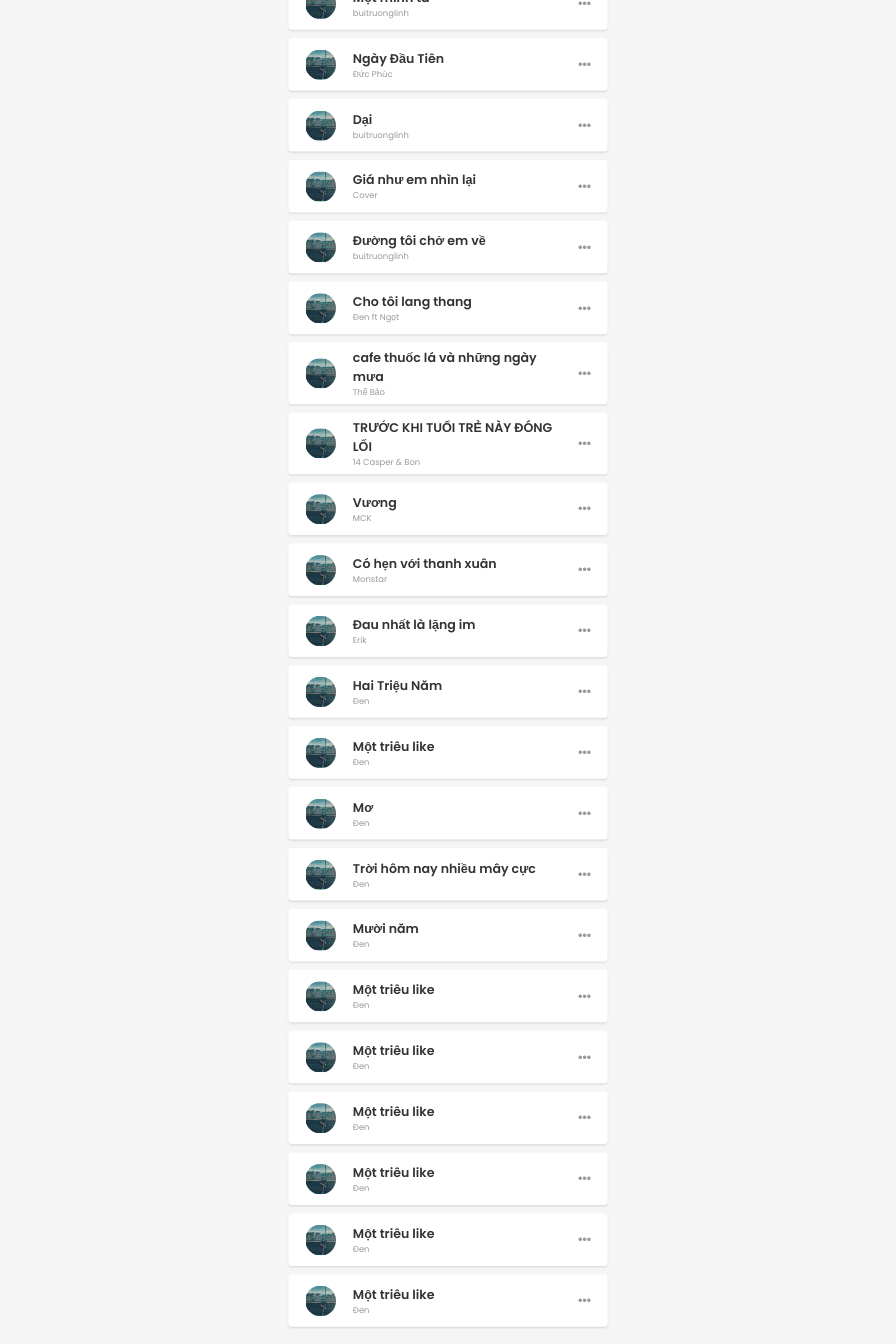
Repository: lt-chinh098406/BIn-Music
Page: index.html
An editor plug-in stored every save of this project. The page is shown before and after the next save, followed by the edit.
The browser window is 1280 px wide. The pictures show the part of the page from y = 1148 to 3068 px (the page is 3068 px tall), at 70% of full size.

Above is the page before, as saved 2022-03-20 13:51:08.

### index.html
<!DOCTYPE html>
<html lang="en">
  <head>
    <meta charset="UTF-8" />
    <meta http-equiv="X-UA-Compatible" content="IE=edge" />
    <meta name="viewport" content="width=device-width, initial-scale=1.0" />
    <title>Music player</title>
    <link
      rel="stylesheet"
      href="https://cdnjs.cloudflare.com/ajax/libs/font-awesome/5.15.2/css/all.min.css"
      integrity="sha512-HK5fgLBL+xu6dm/Ii3z4xhlSUyZgTT9tuc/hSrtw6uzJOvgRr2a9jyxxT1ely+B+xFAmJKVSTbpM/CuL7qxO8w=="
      crossorigin="anonymous"
    />
    <link rel="preconnect" href="https://fonts.gstatic.com" />
    <link
      href="https://fonts.googleapis.com/css2?family=Poppins:wght@300;400;600&display=swap"
      rel="stylesheet"
    />
    <link rel="stylesheet" href="./assets/main.css" />
  </head>
  <body>
    <body>
      <div class="player">
        <!-- Dashboard -->
        <div class="dashboard">
          <!-- Header -->
          <header>
            <h4>Now playing:</h4>
            <h2>String 57th & 9th</h2>
          </header>

          <!-- CD -->
          <div class="cd">
            <div class="cd-thumb"></div>
          </div>

          <!-- Control -->
          <div class="control">
            <div class="btn btn-repeat">
              <i class="fas fa-redo"></i>
            </div>
            <div class="btn btn-prev">
              <i class="fas fa-step-backward"></i>
            </div>
            <div class="btn btn-toggle-play">
              <i class="fas fa-pause icon-pause"></i>
              <i class="fas fa-play icon-play"></i>
            </div>
            <div class="btn btn-next">
              <i class="fas fa-step-forward"></i>
            </div>
            <div class="btn btn-random">
              <i class="fas fa-random"></i>
            </div>
          </div>

          <input
            id="progress"
            class="progress"
            type="range"
            value="0"
            step="1"
            min="0"
            max="100"
          />

          <audio id="audio" src=""></audio>
        </div>

        <!-- Playlist -->
        <div class="playlist"></div>
      </div>

      <script src="./main.js"></script>
    </body>
  </body>
</html>

### assets/main.css
:root {
  --primary-color: #ec1f55;
  --text-color: #333;
}

* {
  padding: 0;
  margin: 0;
  box-sizing: inherit;
}

body {
  background-color: #f5f5f5;
}

html {
  box-sizing: border-box;
  font-family: "Poppins", sans-serif;
}

.player {
  position: relative;
  max-width: 480px;
  margin: 0 auto;
}

.player .icon-pause {
  display: none;
}

.player.playing .icon-pause {
  display: inline-block;
}

.player.playing .icon-play {
  display: none;
}

.dashboard {
  padding: 16px 16px 14px;
  background-color: #fff;
  position: fixed;
  top: 0;
  width: 100%;
  max-width: 480px;
  border-bottom: 1px solid #ebebeb;
}

/* HEADER */
header {
  text-align: center;
  margin-bottom: 10px;
}

header h4 {
  color: var(--primary-color);
  font-size: 12px;
}

header h2 {
  font-size: 20px;
  background-image: linear-gradient(to right, #f47999, #a5163b);
  color: transparent;
  -webkit-background-clip: text;
}

/* CD */
.cd {
  display: flex;
  margin: auto;
  width: 200px;
}

.cd-thumb {
  width: 100%;
  padding-top: 100%;
  border-radius: 50%;
  background-color: #333;
  background-size: cover;
  margin: auto;
}

/* CONTROL */
.control {
  display: flex;
  align-items: center;
  justify-content: space-around;
  padding: 18px 0 8px 0;
}

.control .btn {
  color: #666;
  padding: 18px;
  font-size: 18px;
  cursor: pointer;
}

.control .btn.active {
  color: var(--primary-color);
}

.control .btn-toggle-play {
  width: 56px;
  height: 56px;
  border-radius: 50%;
  font-size: 24px;
  color: #fff;
  display: flex;
  align-items: center;
  justify-content: center;
  background-color: var(--primary-color);
}

.progress {
  width: 100%;
  -webkit-appearance: none;
  height: 6px;
  background: #d3d3d3;
  outline: none;
  opacity: 0.7;
  -webkit-transition: 0.2s;
  transition: opacity 0.2s;
  cursor: pointer;
}

.progress::-webkit-slider-thumb {
  -webkit-appearance: none;
  appearance: none;
  background-color: var(--primary-color);
  cursor: pointer;
  height: 16px;
  width: 16px;
  border-radius: 100%;
  border: none;
  outline: none;
  z-index: 9;
  position: relative;
}

/* PLAYLIST */
.playlist {
  margin-top: 408px;
  padding: 12px;
}

.song {
  display: flex;
  align-items: center;
  margin-bottom: 12px;
  background-color: #fff;
  padding: 8px 16px;
  border-radius: 5px;
  box-shadow: 0 2px 3px rgba(0, 0, 0, 0.1);
  cursor: pointer;
}

.song.active {
  background-color: var(--primary-color);
}

.song:active {
  opacity: 0.8;
}

.song.active .option,
.song.active .author,
.song.active .title {
  color: #fff;
}

.song .thumb {
  width: 44px;
  height: 44px;
  border-radius: 50%;
  background-size: cover;
  margin: 0 8px;
}

.song .body {
  flex: 1;
  padding: 0 16px;
}

.song .title {
  font-size: 18px;
  color: var(--text-color);
}

.song .author {
  font-size: 12px;
  color: #999;
}

.song .option {
  padding: 16px 8px;
  color: #999;
  font-size: 18px;
}

### main.js
const $ = document.querySelector.bind(document);
const $$ = document.querySelectorAll.bind(document);

const player = $(".player");
const heading = $("header h2");
const cdThumb = $(".cd-thumb");
const audio = $("#audio");
const cd = $(".cd");
const playBtn = $(".btn-toggle-play");
const progress = $("#progress");
const nextBtn = $(".btn-next");
const prevBtn = $(".btn-prev");
const randomBtn = $(".btn-random");
const repeatBtn = $(".btn-repeat");
const playlist = $(".playlist");

const app = {
  currentIndex: 0,
  isPlaying: false,

  songs: [
    {
      name: "Yêu em qua từng dòng tin nhắn",
      singer: "Nger ft. nân",
      path: "./assets/music/Yêu em qua dòng tin nhắn(iêu iem qua dòng tin nhắn) - Ngơ ft. Nân [Lyrics Video].mp3",
      image: "./assets/img/1.jpg",
    },
    {
      name: "ÔNG TRỜI LÀM TỘI ANH CHƯA",
      singer: "MINH HANH x RASTZ x QNT ft. TUẤN CRY",
      path: "./assets/music/ÔNG TRỜI LÀM TỘI ANH CHƯA - MINH HANH x RASTZ x QNT ft. TUẤN CRY.mp3",
      image: "./assets/img/3.jpg",
    },
    {
      name: "'bao tiền một mớ bình yên?'",
      singer: "14 Casper & Bon",
      path: "./assets/music/'bao tiền một mớ bình yên-' - 14 Casper & Bon (Official).mp3",
      image: "./assets/img/5.jpg",
    },
    {
      name: "Chìm Sâu",
      singer: "MCK ft Trung Trần",
      path: "./assets/music/Chìm Sâu - RPT MCK (feat. Trung Trần) - Official Lyrics Video.mp3",
      image: "./assets/img/5.jpg",
    },
    {
      name: "Dịu Dàng Em Đến",
      singer: "Erik",
      path: "./assets/music/Dịu Dàng Em Đến - ERIK x Ryan「Lo - Fi Version by 1 9 6 7」- Official Music Video.mp3",
      image: "./assets/img/5.jpg",
    },
    {
      name: "Dù Cho Mai Về Sau",
      singer: "buitruonglinh",
      path: "./assets/music/Dù Cho Mai Về Sau (Acoustic Version) - buitruonglinh.mp3",
      image: "./assets/img/5.jpg",
    },
    {
      name: "Không Tên",
      singer: "MCK",
      path: "./assets/music/Không Tên -- MCK a.k.a Nger -- Official Lyrics Video.mp3",
      image: "./assets/img/5.jpg",
    },
    {
      name: "Mình Anh Nơi Này",
      singer: "Rum, Nit",
      path: "./assets/music/Mình Anh Nơi Này (Lofi Ver.) - Nit x Sing x Freak D.mp3",
      image: "./assets/img/5.jpg",
    },
    {
      name: "Một mình ta",
      singer: "buitruonglinh",
      path: "./assets/music/Một Mình Ta - buitruonglinh - Lyrics Video -.mp3",
      image: "./assets/img/5.jpg",
    },
    {
      name: "Ngày Đầu Tiên",
      singer: "Đức Phúc",
      path: "./assets/music/Ngày Đầu Tiên (Lofi Ver.) - Đức Phúc x Freak D.mp3",
      image: "./assets/img/5.jpg",
    },
    {
      name: "Dại",
      singer: "buitruonglinh",
      path: "./assets/music/Dại- buitruonglinh ft Tuyên (Lyrics).mp3",
      image: "./assets/img/5.jpg",
    },
    {
      name: "Giá như em nhìn lại",
      singer: "Cover",
      path: "./assets/music/GIÁ NHƯ EM NHÌN LẠI - JSOL x VIRUSS - Cover- Chương Chu.mp3",
      image: "./assets/img/5.jpg",
    },
    {
      name: "Đường tôi chở em về",
      singer: "buitruonglinh",
      path: "./assets/music/LIVE OUTDOOR - buitruonglinh live - Đường Tôi Chở Em Về - #4.mp3",
      image: "./assets/img/5.jpg",
    },
    {
      name: "Cho tôi lang thang",
      singer: "Đen ft Ngọt",
      path: "./assets/music/Ngọt vc. Đen - Cho Tôi Lang Thang.mp3",
      image: "./assets/img/5.jpg",
    },
    {
      name: "cafe thuốc lá và những ngày mưa",
      singer: "Thế Bảo",
      path: "./assets/music/Thế Bảo - Cafe, Thuốc Lá & Những Ngày Vui (Official Lyric Video).mp3",
      image: "./assets/img/5.jpg",
    },
    {
      name: "TRƯỚC KHI TUỔI TRẺ NÀY ĐÓNG LỐI",
      singer: "14 Casper & Bon",
      path: "./assets/music/TRƯỚC KHI TUỔI TRẺ NÀY ĐÓNG LỐI - Ngắn x Xám x Dick - -Đà Lạt- Ep3 ( Directed by Nguyễn Nhật Trung ).mp3",
      image: "./assets/img/5.jpg",
    },
    {
      name: "Vương",
      singer: "MCK",
      path: "./assets/music/Và nếu nắng gió có cuốn em đi, như là lời hứa... - Vương - MCK a.k.a Nger「 Lyric video 」.mp3",
      image: "./assets/img/5.jpg",
    },
    {
      name: "Có hẹn với thanh xuân",
      singer: "Monstar",
      path: "./assets/music/Có Hẹn Với Thanh Xuân - Monstar x Ryan「Lo - Fi Ver. by 1 9 6 7」- Audio Lyrics.mp3",
      image: "./assets/img/5.jpg",
    },
    {
      name: "Đau nhất là lặng im",
      singer: "Erik",
      path: "./assets/music/Đau Nhất Là Lặng Im - Erik x Zeaplee「Lofi Version by 1 9 6 7」- Audio Lyrics Video.mp3",
      image: "./assets/img/5.jpg",
    },
    {
      name: "Hai Triệu Năm",
      singer: "Đen",
      path: "./assets/music/Đen - hai triệu năm ft. Biên (m-v).mp3",
      image: "./assets/img/5.jpg",
    },
    {
      name: "Một triêu like",
      singer: "Đen",
      path: "./assets/music/Đen - một triệu like ft. Thành Đồng (M-V).mp3",
      image: "./assets/img/5.jpg",
    },
    {
      name: "Mơ",
      singer: "Đen",
      path: "./assets/music/Đen - Mơ ft. Hậu Vi (Prod. River Beats) [M-V].mp3",
      image: "./assets/img/5.jpg",
    },
    {
      name: "Trời hôm nay nhiều mây cực",
      singer: "Đen",
      path: "./assets/music/Đen - Trời hôm nay nhiều mây cực! (M-V).mp3",
      image: "./assets/img/5.jpg",
    },
    {
      name: "Mười năm",
      singer: "Đen",
      path: "./assets/music/Đen - Mười Năm ft. Ngọc Linh (M-V) (Lộn Xộn 3).mp3",
      image: "./assets/img/5.jpg",
    },
    {
      name: "Một triêu like",
      singer: "Đen",
      path: "./assets/music/Đen - một triệu like ft. Thành Đồng (M-V).mp3",
      image: "./assets/img/5.jpg",
    },
    {
      name: "Một triêu like",
      singer: "Đen",
      path: "./assets/music/Đen - một triệu like ft. Thành Đồng (M-V).mp3",
      image: "./assets/img/5.jpg",
    },
    {
      name: "Một triêu like",
      singer: "Đen",
      path: "./assets/music/Đen - một triệu like ft. Thành Đồng (M-V).mp3",
      image: "./assets/img/5.jpg",
    },
    {
      name: "Một triêu like",
      singer: "Đen",
      path: "./assets/music/Đen - một triệu like ft. Thành Đồng (M-V).mp3",
      image: "./assets/img/5.jpg",
    },
    {
      name: "Một triêu like",
      singer: "Đen",
      path: "./assets/music/Đen - một triệu like ft. Thành Đồng (M-V).mp3",
      image: "./assets/img/5.jpg",
    },
    {
      name: "Một triêu like",
      singer: "Đen",
      path: "./assets/music/Đen - một triệu like ft. Thành Đồng (M-V).mp3",
      image: "./assets/img/5.jpg",
    },
  ],

  render: function () {
    const htmls = this.songs.map((song, index) => {
      return `
        <div class="song ${
          index === this.currentIndex ? "active" : ""
        }" data-index="${index}">
          <div class="thumb" style="background-image: url('${song.image}')">
          </div>
          <div class="body">
            <h3 class="title">${song.name}</h3>
            <p class="author">${song.singer}</p>
          </div>
          <div class="option">
            <i class="fas fa-ellipsis-h"></i>
          </div>
        </div>
      `;
    });
    playlist.innerHTML = htmls.join("");
  },

  defineProperties: function () {
    Object.defineProperty(this, "currentSong", {
      get: function () {
        return this.songs[this.currentIndex];
      },
    });
  },

  handleEvents: function () {
    const _this = this;
    const cdWidth = cd.offsetWidth;

    // Xử lý CD rotate
    const cdThumbAnimate = cdThumb.animate([{ transform: "rotate(360deg)" }], {
      duration: 30000, // 10s
      iterations: Infinity,
    });
    cdThumbAnimate.pause();

    // Xử lý scroll cd
    document.onscroll = function () {
      const scrollTop = window.scrollY || document.documentElement.scrollTop;

      const newCdWidth = cdWidth - scrollTop;

      cd.style.width = newCdWidth > 0 ? newCdWidth + "px" : 0; // fix bug
      cd.style.opacity = newCdWidth / cdWidth; // opacity when scroll
    };

    // Xử lý play
    playBtn.onclick = function () {
      if (_this.isPlaying) {
        audio.pause();
      } else {
        audio.play();
      }
    };

    // Khi song được play
    audio.onplay = function () {
      _this.isPlaying = true;
      player.classList.add("playing");
      cdThumbAnimate.play();
    };

    // Khi song bị pause
    audio.onpause = function () {
      _this.isPlaying = false;
      player.classList.remove("playing");
      cdThumbAnimate.pause();
    };

    // khi tiến độ bài hát thay đổi
    audio.ontimeupdate = function () {
      if (audio.duration) {
        const progressPercent = Math.floor(
          (audio.currentTime / audio.duration) * 100
        );
        progress.value = progressPercent;
      }
    };

    //seek
    progress.oninput = function (e) {
      const seekTime = (audio.duration / 100) * e.target.value;
      audio.currentTime = seekTime;
    };

    // Khi next/prev song
    nextBtn.onclick = function () {
      if (randomBtn.classList.contains("active")) {
        _this.playRandomSong();
      } else {
        _this.nextSong();
      }
      // cdThumb.style.transform = 'rotate(0)'
      audio.play();
      _this.activeSong();
      _this.scrollToActiveSong();
    };
    prevBtn.onclick = function () {
      if (randomBtn.classList.contains("active")) {
        _this.playRandomSong();
      } else {
        _this.nextSong();
      }
      // cdThumb.style.transform = 'rotate(0)'
      audio.play();
      _this.activeSong();
      _this.scrollToActiveSong();
    };

    // Random song
    randomBtn.onclick = function () {
      randomBtn.classList.toggle("active");
      repeatBtn.classList.remove("active");
    };

    // Repeat song
    repeatBtn.onclick = function () {
      repeatBtn.classList.toggle("active");
      randomBtn.classList.remove("active");
    };

    // Xử lý nextsong khi audio ended
    audio.onended = function () {
      if (repeatBtn.classList.contains("active")) {
        audio.play();
      } else {
        nextBtn.click();
      }
    };

    // Lắng nghe click vào playlist
    playlist.onclick = function (e) {
      const songNode = e.target.closest(".song:not(.active)");
      // if (songNode || e.target.closest('option')) {
      if (songNode && !e.target.closest("option")) {
        const newIndex = songNode.getAttribute("data-index");
        _this.currentIndex = newIndex;
        _this.loadCurrentSong();
        _this.activeSong();
        audio.play();
      }
      // }
    };
  },

  loadCurrentSong: function () {
    heading.textContent = this.currentSong.name;
    cdThumb.style.backgroundImage = `url('${this.currentSong.image}')`;
    audio.src = this.currentSong.path;
  },

  nextSong: function () {
    this.currentIndex++;
    if (this.currentIndex >= this.songs.length) {
      this.currentIndex = 0;
    }
    this.loadCurrentSong();
  },

  prevSong: function () {
    if (this.currentIndex != 0) {
      this.currentIndex--;
    } else {
      this.currentIndex = this.songs.length - 1;
    }
    this.loadCurrentSong();
  },

  playRandomSong: function () {
    let newIndex;
    do {
      newIndex = Math.floor(Math.random() * this.songs.length);
    } while (newIndex === this.currentIndex);

    this.currentIndex = newIndex;
    this.loadCurrentSong();
  },

  activeSong: function () {
    var loopSongs = $$(".song");
    for (song of loopSongs) {
      song.classList.remove("active");
    }
    const activeSong = loopSongs[this.currentIndex];
    activeSong.classList.add("active");
  },

  scrollToActiveSong: function () {
    setTimeout(() => {
      if (this.currentIndex < 3) {
        $(".song.active").scrollIntoView({
          behavior: "smooth",
          block: "end",
        });
      } else {
        $(".song.active").scrollIntoView({
          behavior: "smooth",
          block: "nearest",
        });
      }
    }, 300);
  },

  start: function () {
    // Định nghĩa các thuộc tính cho Object
    this.defineProperties();

    // Lắng nghe / xử lý các event
    this.handleEvents();

    // tải thông tin bài hát đầu tiên vào UI khi chạy ứng dụng
    this.loadCurrentSong();

    // render playlist
    this.render();
  },
};

app.start();

After the next save:
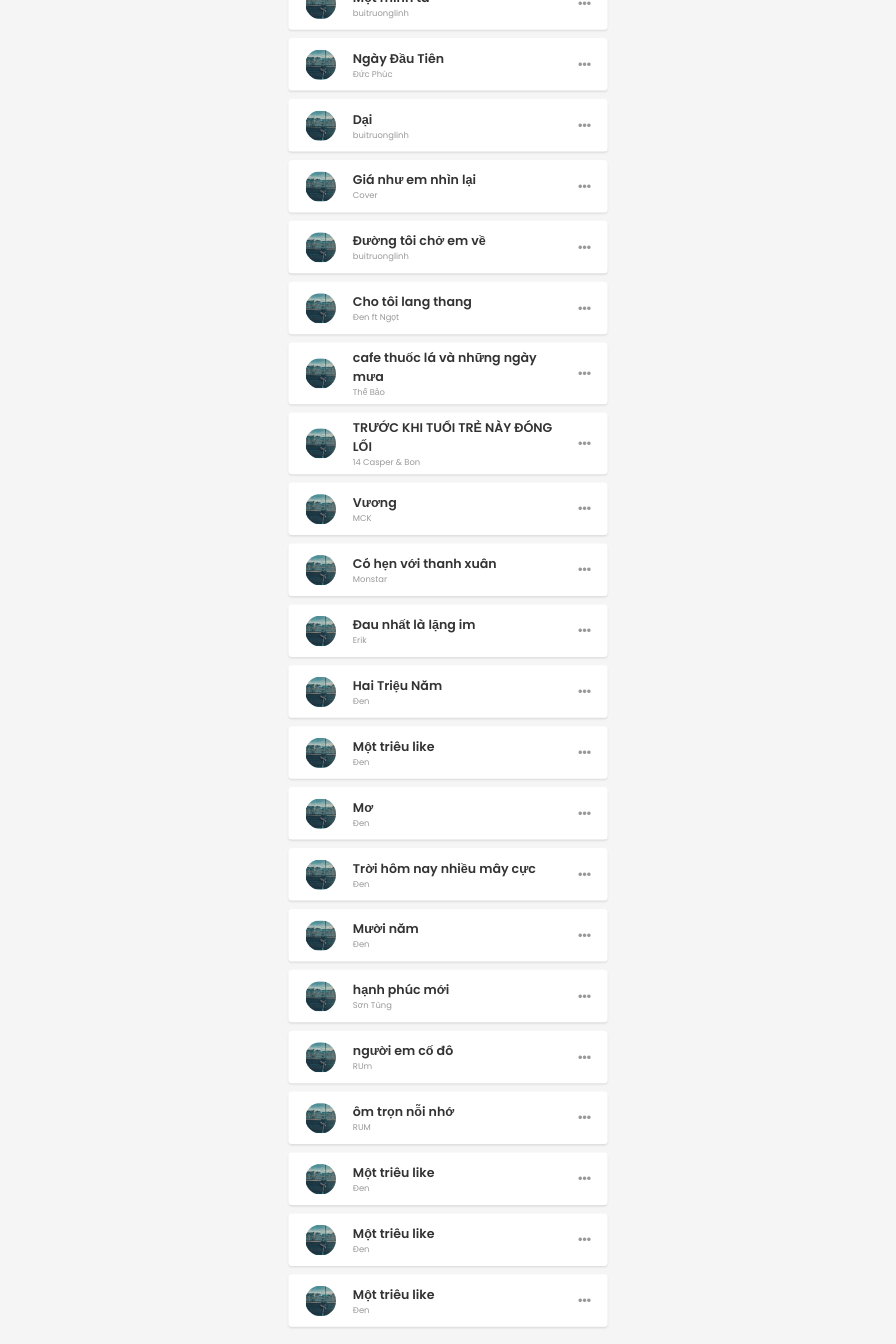
Saved 60 s later.
--- a/main.js
+++ b/main.js
@@ -164,21 +164,21 @@
       image: "./assets/img/5.jpg",
     },
     {
-      name: "Một triêu like",
-      singer: "Đen",
-      path: "./assets/music/Đen - một triệu like ft. Thành Đồng (M-V).mp3",
-      image: "./assets/img/5.jpg",
-    },
-    {
-      name: "Một triêu like",
-      singer: "Đen",
-      path: "./assets/music/Đen - một triệu like ft. Thành Đồng (M-V).mp3",
-      image: "./assets/img/5.jpg",
-    },
-    {
-      name: "Một triêu like",
-      singer: "Đen",
-      path: "./assets/music/Đen - một triệu like ft. Thành Đồng (M-V).mp3",
+      name: "hạnh phúc mới",
+      singer: "Sơn Tùng",
+      path: "./assets/music/Hạnh Phúc Mới (Cover) - Sơn Tùng M-TP x TUYENVU「Lo - Fi Version by 1 9 6 7」- Audio Lyrics.mp3",
+      image: "./assets/img/5.jpg",
+    },
+    {
+      name: "người em cố đô",
+      singer: "RUm",
+      path: "./assets/music/Người Em Cố Đô - Rum x Đaa「Lo - Fi Version by 1 9 6 7」- Audio Lyrics.mp3",
+      image: "./assets/img/5.jpg",
+    },
+    {
+      name: "ôm trọn nỗi nhớ",
+      singer: "RUM",
+      path: "./assets/music/Ôm Trọn Nỗi Nhớ - Rum x Dứa「Lo - Fi Version by 1 9 6 7」- Official Video.mp3",
       image: "./assets/img/5.jpg",
     },
     {
